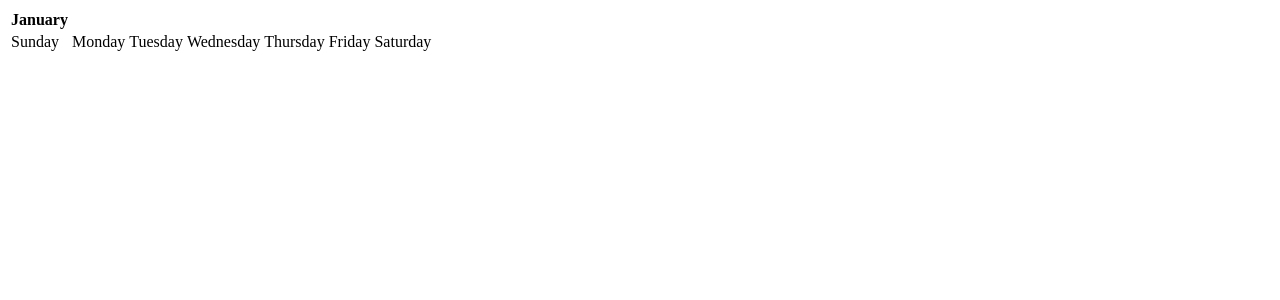
Repository: shleewhite/missionBitCalendar
Page: views/feb.html
The author's editor kept a record of every edit. The page is drawn from the files as they stood at one moment, then again after the next edit.
The browser window is 1280 px wide. The pictures show the whole page.

Above is the page before.

After the next edit:
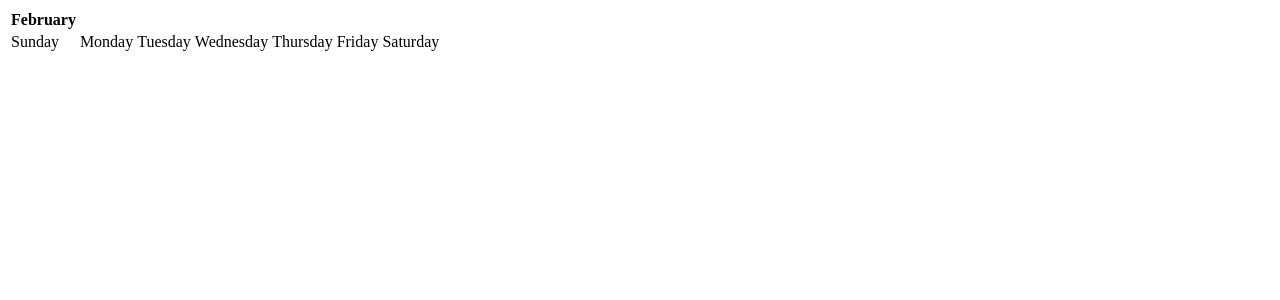
The edit:
--- a/views/feb.html
+++ b/views/feb.html
@@ -4,7 +4,7 @@
     <body>
         <table>
             <tr>
-                <th>January</th>
+                <th>February</th>
             </tr>
             <tr>
                 <td>Sunday</td>
